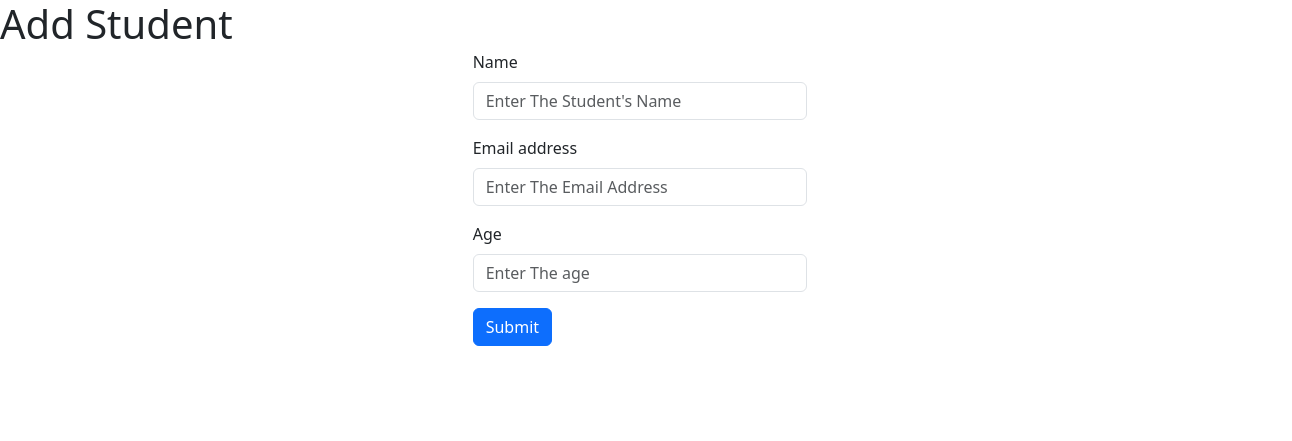
Repository: Manojs14/StudentManagementSystem
Page: http://localhost/Crud_form/
An editor plug-in stored every save of this project. The page is shown before and after the next save, followed by the edit.
The browser window is 1280 px wide. The page is 1292 px wide, so the pictures cover 1292 px, including what lies to the right of the window. The pictures show the whole page.
The page is served by Tomcat 9. Nobody is signed in. The application's start-up code is not run.

Above is the page before, as saved 2024-07-11 03:12:11.

After the next save:
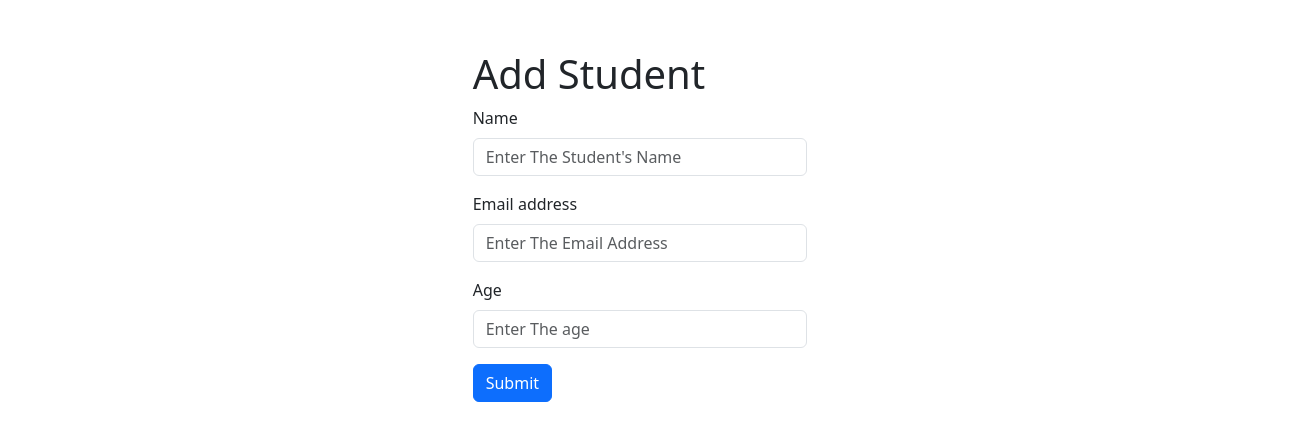
Saved 56 s later.
--- a/Crud_form/src/main/webapp/index.jsp
+++ b/Crud_form/src/main/webapp/index.jsp
@@ -11,9 +11,10 @@
 
  <div class="row">
     <div class="col-4">
-    <h1>Add Student</h1>
     </div>
     <div class="col-4" style="padding:50px">
+        <h1 style="">Add Student</h1>
+
      <form action="signuphandler.jsp" method="post">
   <div class="mb-3">
     <label for="username" class="form-label">Name </label>
